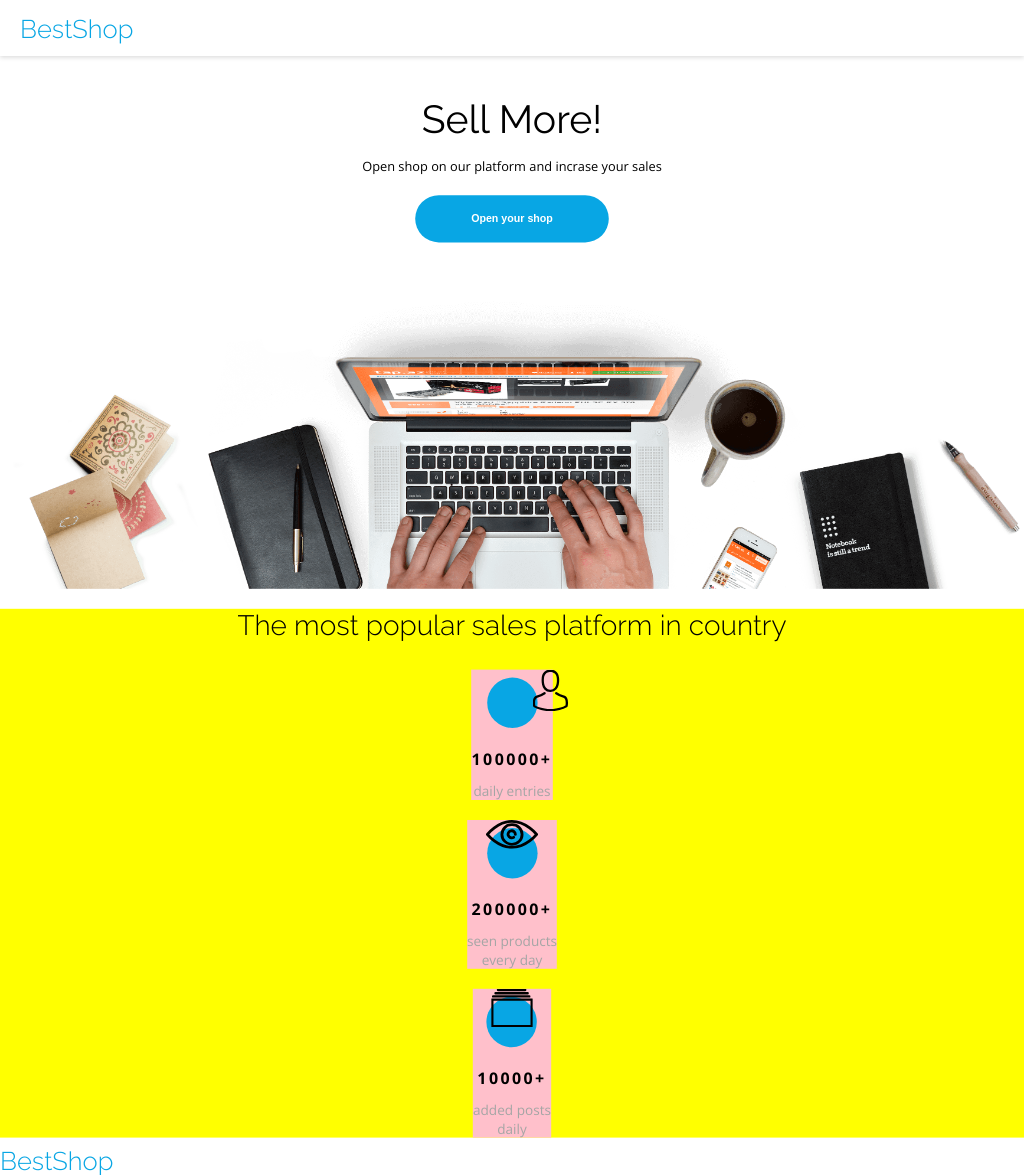
Repository: artwol993/BestShop
Page: index.html
The author's editor kept a copy of each file at every save. The page is drawn from the files as they stood at one save, then again after the next save.
The browser window is 1280 px wide. The pictures show the whole page, at 80% of full size.
The style sheet was rebuilt from its Sass, Less or Tailwind sources for each picture, by a compiler version that may differ from the author's.

Above is the page before, as saved 2020-05-28 20:26:24.

### index.html
<!DOCTYPE html>
<html lang="en">
<head>
    <meta charset="UTF-8">
    <meta name="viewport" content="width=device-width, initial-scale=1.0">
    <title>BestShop[artwol993]</title>
    <link rel="stylesheet" href="css/main.css">
    <style>
        @import url('https://fonts.googleapis.com/css2?family=Open+Sans:wght@400;700&display=swap');
    </style>
    <style>
        @import url('https://fonts.googleapis.com/css2?family=Raleway:wght@300;400;700;800&display=swap');
    </style>
</head>
<body>
    <div class="main__container">
        <header>
            <div class="logo">BestShop</div>
            <nav class="nav">
                <!-- <button class="hamburger" aria-label="Menu">
                    <span class="hamburger__container" tabindex="-1">
                        <span class="hamburger__bars"></span>
                      </span>
                </button> -->
                <div class="side__menu">
                    <!-- <ul class="nav__list">
                        <li class="nav__list-item"><a href="" class="nav__link">why us</a></li>
                        <li class="nav__list-item"><a href="" class="nav__link">benefits</a></li>
                        <li class="nav__list-item"><a href="" class="nav__link">prices</a></li>
                        <li class="nav__list-item"><a href="" class="nav__link">contact</a></li>
                    </ul> -->
                </div>
            </nav>
        </header>

        <div class="content__container">
            <div class="main">

<!-- welcome-section -->

                <section class="welcome">
                    <div class="welcome__content">
                        <h1>Sell More!</h1>
                        <p>Open shop on our platform and incrase your sales</p>
                        <button class="main-btn">Open your shop</button>
                    </div>
                    <img src="/assets/Background.png" alt="notebook-picture" class="welcome__picture">
                </section>

<!-- stats-section -->

                <section class="stats">
                    <h2>The most popular sales platform in country</h2>
                    <div class="stats__container">
                        <div class="stats__bin">
                            <div class="stats__circle-person"></div>
                            <img src="./assets/Person.svg" alt="person-contour" class="stats__img-person">
                            <span>100000+</span>
                            <p>daily entries</p>
                        </div>
                        <div class="stats__bin">
                            <div class="stats__circle-eye"></div>
                            <img src="./assets/Eye.svg" alt="person-contour" class="stats__img-eye">
                            <span>200000+</span>
                            <p>seen products<br> every day</p>
                        </div>
                        <div class="stats__bin">
                            <div class="stats__circle-catalog"></div>
                            <img src="./assets/Catalog.svg" alt="person-contour" class="stats__img-catalog">
                            <span>10000+</span>
                            <p>added posts <br> daily</p>
                        </div>
                    </div>
                </section>

<!-- profits-section -->

                <section class="profits"></section>
                <section class="pricing"></section>
                <section class="contact"></section>
            </div>
        </div>

        <footer>
            <div class="logo">BestShop</div>
            <div class="footer-icon"></div>
            <div class="footer-icon"></div>
        </footer>
    </div>
</body>
</html>

### scss/main.scss
    $c-primary-first: #08a6e4;
    $c-primary-second: #fb3b64;
    $c-primary-third: #55dfb4;
    $c-black: #000000;
    $c-white: #ffffff;
    $c-background: #f7f7f7;
    $c-details: #a5a5a5;
    $c-shadow: #00000029;
    $f-h: 'Raleway', sans-serif;
    $f-p: 'Open Sans', sans-serif;
    $fw-light: 300;
    $fw-normal: 400;
    $fw-bold: 700;
    $fw-black: 800;

/*reset*/

  * {
      margin: 0;
      padding: 0;
      box-sizing: border-box;
  }

  /* fonts */

  a, p, ul, span {
    font-family: $f-p;
  }

  h1 {
    font-size: 3.063rem;
    font-weight: $fw-normal;
    font-family: $f-h;
    color: $c-black;
  }

  h2 {
    font-size: 2.188rem;
    font-weight: $fw-light;
    margin: 5px 45px;
    font-family: $f-h;
    color: $c-black;
  }

  h3 {
    font-size: 1.25rem;
    font-weight: $fw-bold;
    margin: 5px;
    font-family: $f-h;
    color: $c-black;
  }

  .logo {
    font-size: 2rem;
    font-weight: $fw-light;
    font-family: $f-h;
    color: $c-primary-first;
    text-decoration: none;
    cursor: pointer;
  }

  .body {
      width: 100vh;
  }
  /*header*/
  header {
      height: 70px;
      display: flex;
      align-items: center;
      justify-content: space-between;
      padding: 0 25px;
      box-shadow: 0px 3px 6px $c-shadow;
  }

//   .hamburger {
//     margin: 0;
//     padding: 0;
//     border: 0;
//     background-color: transparent;
//     cursor: pointer;
//     &:focus {
//         & > .hamburger__container {
//           	box-shadow: 0 0 2px 2px #51a7e8;
//         }
//     }
//   }

//   .hamburger__container {
//     display: flex;
//     align-items: center;
//     position: relative;
//     width: 35px;
//     height: 30px;
//   }

//   .hamburger__bars {
//     position: absolute;
//     width: 35px;
//     height: 2px;
//     background-color: #000;
//     transition: transform 220ms ease-in-out;
//     &:before, &:after {
//         display: block;
//         position: absolute;
//         width: 35px;
//         height: 2px;
//         background-color: #000;
//         content: '';
//     }
//     &:before {
//         top: -12px;
//         transition: top 100ms 250ms ease-in, transform 220ms ease-in-out;
//     }
//     &:after {
//         bottom: -12px;
//         transition: bottom 100ms 250ms ease-in,
//           			transform 220ms ease-in-out;
//     }
//   }

//   .hamburger--active {
//     .hamburger__bars {
//         transform: rotate(225deg);
//         transition: transform 220ms 120ms ease-in-out;
//         &:before {
//             top: 0;
//             transition: top 100ms ease-out;
//         }
//         &:after {
//             bottom: 0;
//             transform: rotate(-90deg);
//             transition: bottom 100ms ease-out,
//             		  	transform 220ms 120ms ease-in-out;
//         }
//     }
// }

//   .hamburger, .hamburger__container {
//     &:focus {
//       	outline: none;
//   	}
//   }

//   .side__menu {
//     display: flex;
//     box-sizing: border-box;
//     position: absolute;
//     height: 70%;
//     width: 200px;
//     top: 70px;
//     right: -300px;
//     padding: 0;
//     background-color: red;
//     transition: 0.3s transform ease-in-out;
//   }

//   .side__menu ul {
//     position: absolute;
//     display: flex;
//     flex-direction: column;
//     box-sizing: border-box;
//     height: calc(100% - 70px);
//     flex-wrap: wrap;
//     margin: 0 10px;
//     padding: 0;
//     list-style-type: none;
//     align-content: flex-start;
//   }

//   .side-__menu ul li {
//     display: flex;
//     flex-direction: column;
//     height: 30px;
//     background: $c-primary-second;
//     flex-basis: 100%;
//     margin-top: 70px;
//     color: #696e9e;
//     border-radius: 5px;
//     overflow: hidden;
//   }

//   .side__menu ul li a {
//     display: flex;
//     padding: 10px;
//     align-items: center;
//     width: 100%;
//     height: 100%;
//     background: $c-primary-third;
//     text-decoration: none;
//     box-sizing: border-box;
//   }

//   .hamburger:focus ~ .side__menu, .side__menu:hover {
//     transform: translateX(-300px);
//   }

.nav__list {
  display: flex;
  justify-content: space-around;
  align-items: center;
}

.nav__list-item {
  // padding: 10px;
  list-style: none;
  // margin-right: 50px;
}

.nav__link {
  color: $c-details;
  font-weight: $fw-bold;
  text-decoration: none;
  text-transform: uppercase;
  font-size: 11px;

  &:hover {
    color: $c-black;
    border-bottom: solid 3px $c-primary-first;
    padding-bottom: 23px;
  }
}

/*content*/

.content__container {
  // width: calc(100% - 20%);
  // background: pink;
  display: flex;
  align-items: center;
  justify-content: center;
}

// .main {
//   background: blue;
// }

.welcome {
  display: flex;
  flex-direction: column;
  align-items: center;

}

.welcome__content {
  margin: 50px 10px;
  display: flex;
  flex-direction: column;
  align-items: center;
}

.welcome__content p {
  text-align: center;
  margin-top: 20px;
}

.main-btn {
  margin-top: 25px;
  padding: 22px 70px;
  border-radius: 40px;
  font-weight: 800;
  border: none;
  text-align: center;
  text-decoration: none;
  background: $c-primary-first;
  color: $c-white;
}

.welcome__picture {
  width: 100%;
  height: auto;
  margin-bottom: 20px;
  object-position: center;

}

// stats-section

.stats {
  background:yellow;
}

.stats h2 {
  text-align: center;
}

.stats__container {
  display: flex;
  flex-direction: column;
  align-items: center;
  margin: 10px 0;
}

.stats__bin {
  margin-top: 25px;
  background: pink;
  display: flex;
  flex-direction: column;
  align-items: center;
}

div[class*="stats__circle"] {
  width: 63px;
  height: 63px;
  border-radius: 50%;
  position: relative;
  margin: 10px 0;
  background: $c-primary-first
}

.stats__circle-person {
  background: $c-primary-second;
}

.stats__circle-catalog {
  background: $c-primary-third;
}

img[class*="stats__img"] {
  position: absolute;
}

.stats__img-person {
  left: 52%;
}

.stats__bin span {
  font-size: 20px;
  font-weight: $fw-bold;
  margin-top: 15px;
  letter-spacing: 3px;
}

.stats__bin p {
  margin-top: 15px;
  font-size: 17px;
  font-weight: $fw-normal;
  color: $c-details;
  text-align: center;
}

After the next save:
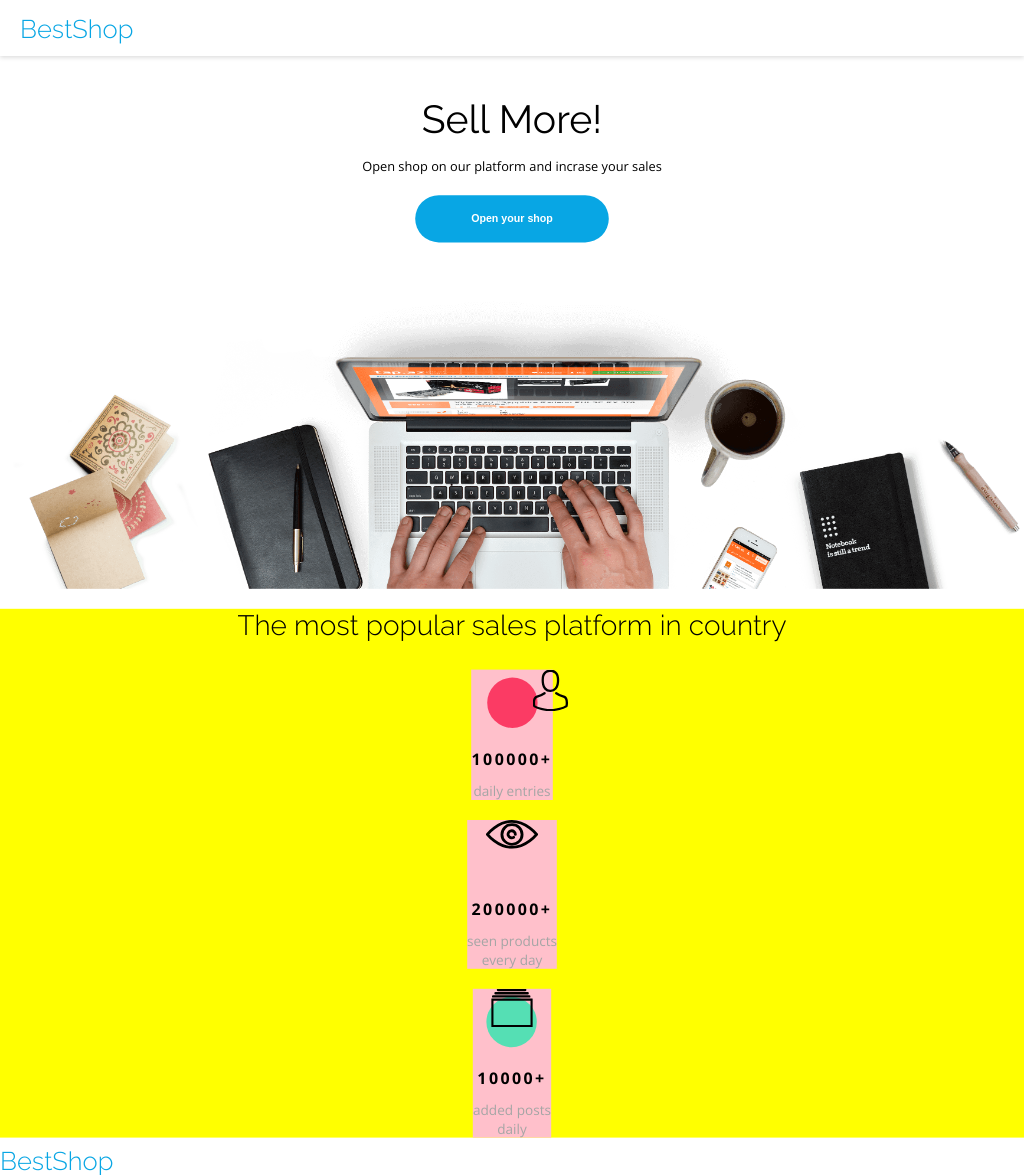
Saved 37 s later.
--- a/scss/main.scss
+++ b/scss/main.scss
@@ -304,7 +304,6 @@
   border-radius: 50%;
   position: relative;
   margin: 10px 0;
-  background: $c-primary-first
 }
 
 .stats__circle-person {
